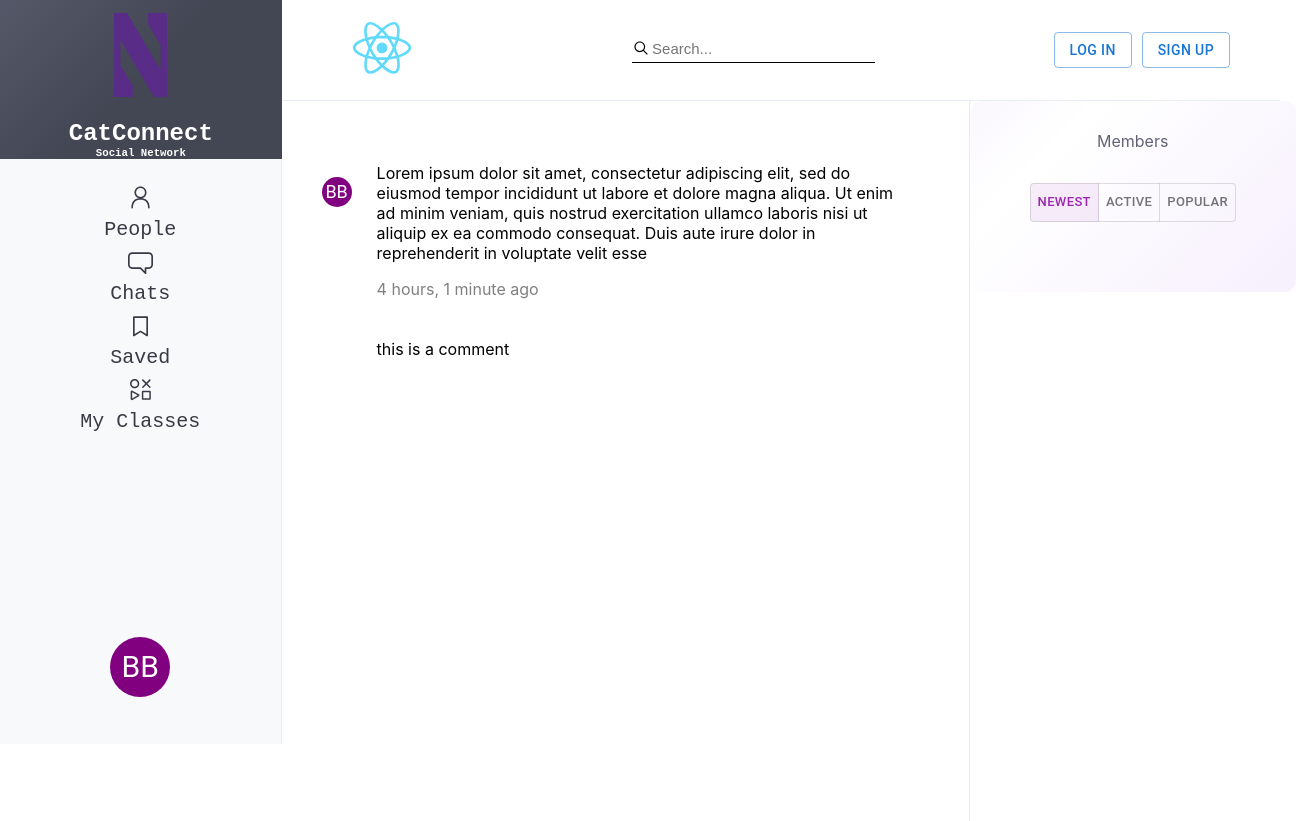
Repository: bbrockbrown/fws_proj
Page: / (app in frontend/)
An editor plug-in stored every save of this project. The page is shown before and after the next save, followed by the edit.
The browser window is 1280 px wide. The page is 1296 px wide, so the pictures cover 1296 px, including what lies to the right of the window. The pictures show the whole page.
The project was rebuilt for these pictures with package versions that can differ from the ones it lists, and the page was loaded fresh each time. Also part of the build but not shown: frontend/craco.config.js.

Above is the page before, as saved 2025-04-27 12:02:57.

After the next save:
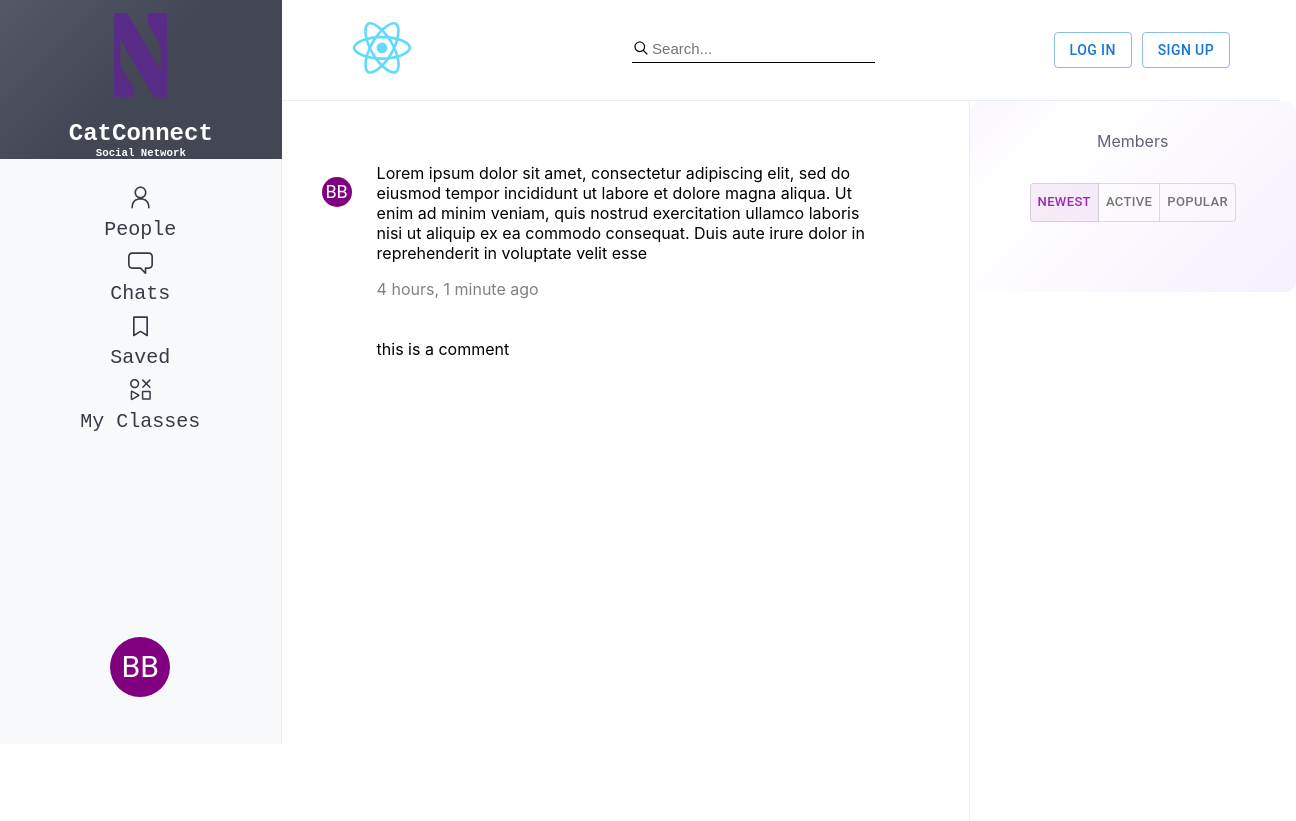
Saved 16 s later.
--- a/frontend/src/common/components/Feed.jsx
+++ b/frontend/src/common/components/Feed.jsx
@@ -16,7 +16,7 @@
 const PostItem = styled.li`
   list-style: none;
   padding: 0;
-  padding-right: 2rem;
+  padding-right: 3rem;
   margin-top: 0px;
   margin-bottom: 2.5rem;
   border: none !important;
